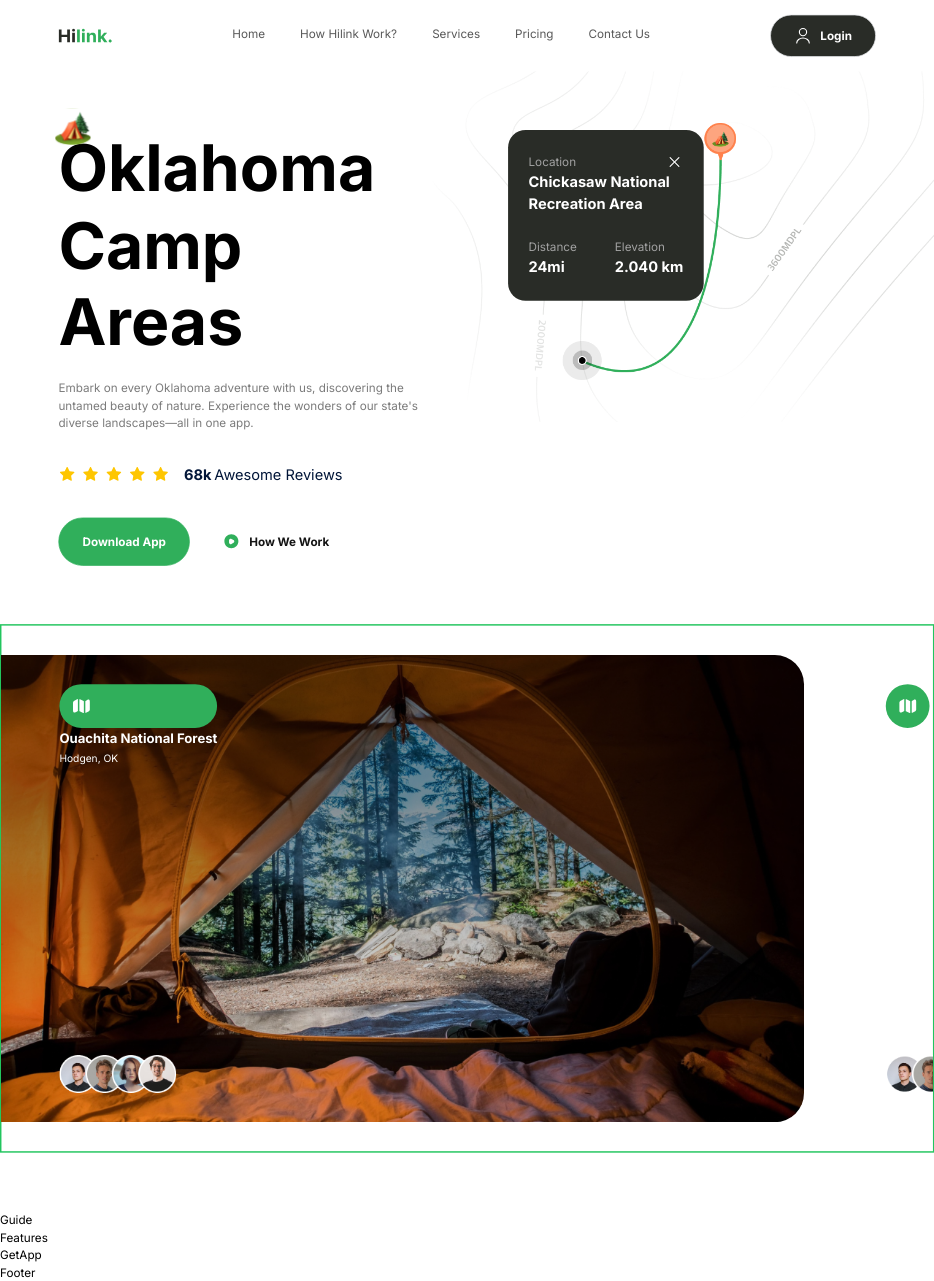
Repository: MikeeBuilds/camp
Page: /
An editor plug-in stored every save of this project. The page is shown before and after a run of saves, followed by the edit.
The browser window is 1280 px wide. The pictures show the whole page, at 73% of full size.
The project was rebuilt for these pictures with package versions that can differ from the ones it lists, and the page was loaded fresh each time. The framework's server and built-in components were replaced by stand-ins that run in the browser. Also part of the build but not shown: next.config.js.

Above is the page before, as saved 2023-11-24 22:13:51.

After the next 3 saves:
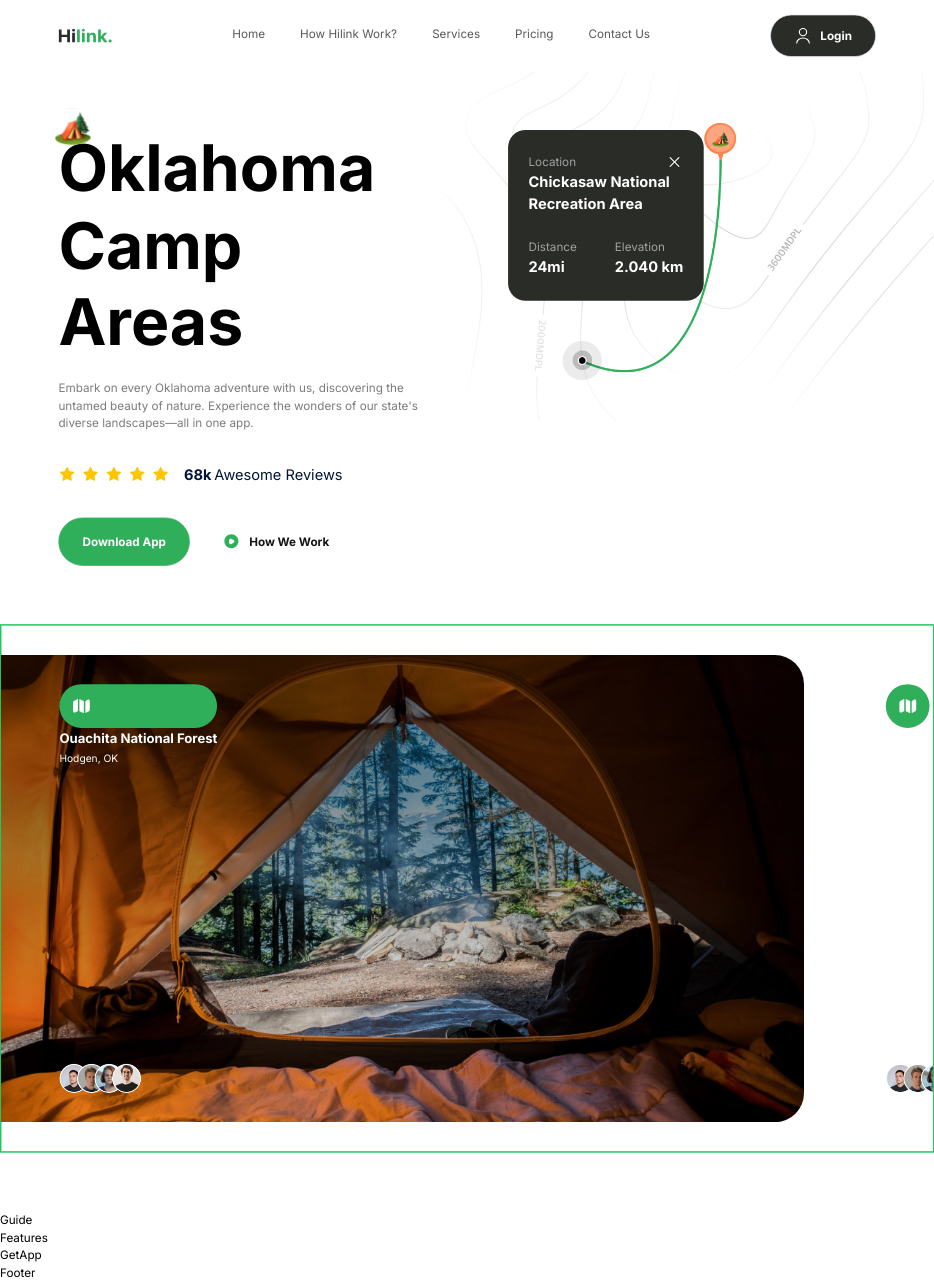
The 3 saves are shown as one change because they came seconds apart.
The last was saved 11 s later.
--- a/components/Camp.tsx
+++ b/components/Camp.tsx
@@ -40,7 +40,7 @@ const CampSite = ({ backgroundImage, title, subtitle, peopleJoined }: CampProps)
                 alt="person"
                 width={52}
                 height={52}
-                className=""
+                className="inline-block h-10 w-10 rounded-full"
               />
             ))}
           </span>
